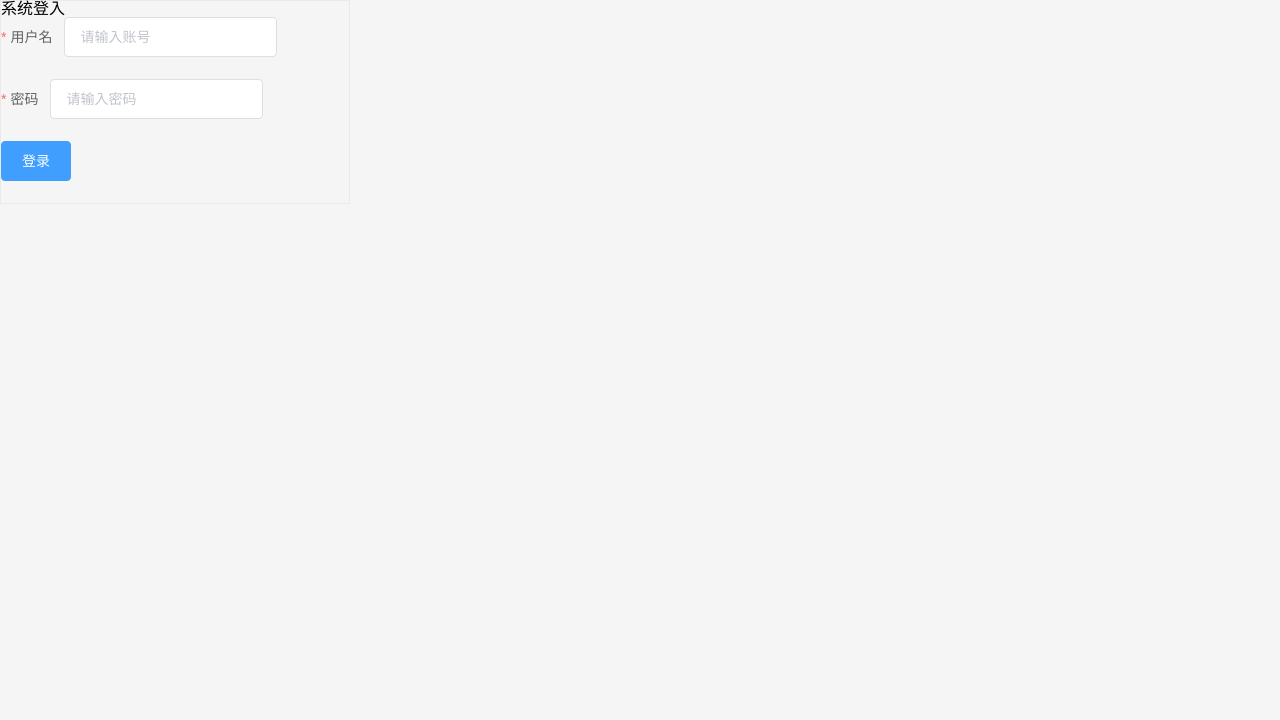
Repository: wangtao20230308/-
Page: /login
An editor plug-in stored every save of this project. The page is shown before and after the next save, followed by the edit.
The browser window is 1280 px wide. The pictures show the whole page.
The project was rebuilt for these pictures with package versions that can differ from the ones it lists, and the page was loaded fresh each time. Also part of the build but not shown: src/components/CommonAside.vue, src/components/CommonHeader.vue, src/components/commonTag.vue, src/views/Main.vue, src/utils/requst.js, src/api/index.js, src/views/Home.vue, src/views/User.vue and 3 more.

Above is the page before, as saved 2023-03-27 14:36:09.

### src/main.js
import Vue from 'vue'
import App from './App.vue'
// //element-ui全局引入
// import ElementUI from 'element-ui';
// import 'element-ui/lib/theme-chalk/index.css';
// //element-ui转换成一个插件
// Vue.use(ElementUI);

//ele按需导入
import {
  Pagination,
  MessageBox,
  DatePicker,
  Select,
  Option,
  Form,
  FormItem,
  Input,
  Dialog,
  Tag,
  Breadcrumb,
  BreadcrumbItem,
  Table,
  TableColumn,
  Col,
  Row,
  Card,
  Button,
  Radio,
  Container,
  Aside,
  Header,
  Main,
  Menu,
  Submenu,
  MenuItemGroup,
  MenuItem,
  Dropdown,
  DropdownMenu,
  DropdownItem,
} from 'element-ui'
import 'element-ui/lib/theme-chalk/index.css'
import './assets/less/index.less'
Vue.use(Button)
Vue.use(Radio)
Vue.use(Container)
Vue.use(Aside)
Vue.use(Header)
Vue.use(Main)
Vue.use(Menu)
Vue.use(Submenu)
Vue.use(MenuItemGroup)
Vue.use(MenuItem)
Vue.use(Dropdown)
Vue.use(DropdownMenu)
Vue.use(DropdownItem)
Vue.use(Card)
Vue.use(Row)
Vue.use(Col)
Vue.use(Table)
Vue.use(TableColumn)
Vue.use(Breadcrumb)
Vue.use(BreadcrumbItem)
Vue.use(Tag)
Vue.use(Dialog)
Vue.use(Form)
Vue.use(FormItem)
Vue.use(Input)
Vue.use(Select)
Vue.use(Option)
Vue.use(DatePicker)
Vue.use(Pagination)

Vue.component(MessageBox.name, MessageBox) // 全局注册组件， 若使用Vue.use()会再初始时候执行一次，有bug
Vue.prototype.$message = MessageBox // 挂载到vm实例上
Vue.prototype.$confirm = MessageBox // 挂载到vm实例上

//路由引入
import router from './router'
import store from './store'
import './api/mock'

Vue.config.productionTip = false

new Vue({
  router,
  store, //把store挂载到vue实例上
  render: (h) => h(App),
}).$mount('#app')

### src/App.vue
<template>
  <div id="app">
    <router-view></router-view>
  </div>
</template>

<script>
//import HelloWorld from './components/HelloWorld.vue'

export default {
  name: 'App',
  components: {
    //HelloWorld
  },
}
</script>

<style lang="less">
html,
body,
h3,
p {
  padding: 0;
  margin: 0;
}
#app {
  height: 100vh;
}
</style>

### src/router/index.js
//import { hasOwnMetadata } from 'core-js/fn/reflect'
import Vue from 'vue'
import VueRouter from 'vue-router'
import Main from '../views/Main.vue'
import Home from '../views/Home.vue'
import User from '../views/User.vue'
import Mall from '../views/Mall.vue'
import PageOne from '../views/PageOne.vue'
import PageTwo from '../views/PageTwo.vue'
import Login from '../views/Login.vue'

Vue.use(VueRouter)

const routes = [
  //主路由
  {
    path: '/',
    name: 'Main',
    //按需引入组件
    //原型：component: import()
    component: Main,
    redirect: '/home',
    children: [
      //子路由（嵌套路由）
      {
        //首页
        path: 'home',
        name: 'home',
        component: Home,
      },
      {
        //用户页
        path: 'user',
        name: 'user',
        component: User,
      },
      {
        //商品管理
        path: 'mall',
        name: 'mall',
        component: Mall,
      },
      {
        //页面1
        path: 'page1',
        name: 'page1',
        component: PageOne,
      },
      {
        //页面2
        path: 'page2',
        name: 'page2',
        component: PageTwo,
      },
      // {
      //   path: '/user',
      //   name: 'user',
      //   //按需引入组件
      //   //原型：component: import()
      //   component: () => import('../views/User')
      // }
    ],
  },
  //登入页面Login
  {
    path: '/login',
    name: 'login',
    component: Login,
  },
]

// new VueRouter({
//   mode: 'history',
// })
const router = new VueRouter({
  mode: 'history',
  routes,
})

//导出路由
export default router

### src/store/index.js
import Vue from 'vue'
import Vuex from 'vuex'
import tab from './tab'

//全局注入状态管理vuex
Vue.use(Vuex)

//创建vuex的实例
export default new Vuex.Store({
  modules: {
    tab,
  },
})

### src/api/mock.js
import Mock from 'mockjs'
import homeApi from './mockServeData/home'
import user from './mockServeData/user'

//定义mock请求拦截
// Mock.mock('/api/home/getData', 'get', function () {
//   //拦截到请求后的处理逻辑
//   console.log('拦截到了')
//   return 1
// })
Mock.mock('/api/home/getData', 'get', homeApi.getStatisticalData)

//用户列表的数据
Mock.mock('/api/user/add', 'post', user.createUser) //新增
Mock.mock('/api/user/edit', 'post', user.updateUser) //编辑
Mock.mock('/api/user/del', 'post', user.deleteUser) //删除
Mock.mock(/api\/user\/getUser/, 'get', user.getUserList) //获取表格数据

### src/assets/less/home.less
.home {
    .user {
      display: flex;
      align-items: center;
      padding-bottom: 20px;
      margin-bottom: 20px;
      border-bottom: 1px solid #ccc;
      img {
        width: 150px;
        height: 150px;
        border-radius: 50%;
        margin-right: 40px;
      }
      &info {
        .name {
          font-size: 32px;
          margin-bottom: 10px;
        }
        .access {
          color: #999999;
        }
      }
    }
    .login-info {
      p {
        line-height: 28px;
        font-size: 14px;
        color: #999999;
        span {
          color: #666666;
          margin-left: 60px;
        }
      }
    }
    .num {
      display: flex;
      flex-wrap: wrap;
      justify-content: space-between;
      .el-card {
        width: 32%;
        margin-bottom: 20px;
      }
      .icon {
        font-size: 30px;
        width: 80px;
        height: 80px;
        text-align: center;
        line-height: 80px;
        color: #fff;
      }
      .detail {
        margin-left: 15px;
        display: flex;
        flex-direction: column;
        justify-content: center;
        .num {
          font-size: 30px;
          margin-bottom: 10px;
        }
        .txt {
          font-size: 14px;
          text-align: center;
          color: #999999;
        }
      }
    }
    .graph {
      margin-top: 20px;
      display: flex;
      justify-content: space-between;
      .el-card {
        width: 48%;
      }
    }
  }

### src/views/Login.vue
<template>
  <div>
    <el-form :model="form" :rules="rules" :inline="true" class="login_container">
      <h3 class="login_title">系统登入</h3>
      <el-form-item label="用户名" prop="userName">
        <el-input placeholder="请输入账号" v-model="form.userName"></el-input>
      </el-form-item>
      <el-form-item label="密码" prop="passWord">
        <el-input placeholder="请输入密码" v-model="form.passWord" type="password"></el-input>
      </el-form-item>
      <el-form-item>
        <el-button type="primary" @click="onSubmit">登录</el-button>
      </el-form-item>
    </el-form>
  </div>
</template>

<script>
export default {
  data() {
    return {
      form: {
        userName: '',
        passWord: '',
      },
      rules: {
        userName: [{ required: true, message: '请输入用户名', trigger: 'blur' }],
        passWord: [{ required: true, message: '请输入密码', trigger: 'blur' }],
      },
    }
  },
}
</script>

<style lang="less" scoped>
.login_container {
  width: 350px;
  border: 1px solid #eaeaea;
}
</style>

### src/store/tab.js
//用来管理菜单的数据
export default {
  state: {
    isCollapse: false, // 控制菜单的展开还是收起
    tabsList: [
      {
        path: '/',
        name: 'home',
        label: '首页',
        icon: 's-home',
        url: 'Home/Home',
      },
    ], //面包屑数据
  },
  mutations: {
    //修改菜单展开收起的方法
    collapseMenu(state) {
      state.isCollapse = !state.isCollapse
    },
    //更新面包屑数据
    selectMenu(state, val) {
      //判断添加的数据是否为首页
      if (val.name !== 'home') {
        const index = state.tabsList.findIndex((item) => item.name === val.name)
        //如果不存在
        if (index === -1) {
          state.tabsList.push(val)
        }
      }
    },
    //删除指定的tag数据
    closeTag(state, item) {
      console.log(item, 'item')
      const index = state.tabsList.findIndex((val) => val.name === item.name)
      state.tabsList.splice(index, 1)
    },
  },
}

### src/api/mockServeData/home.js
// mock数据模拟
import Mock from 'mockjs'

// 图表数据
let List = []
export default {
  getStatisticalData: () => {
    //Mock.Random.float 产生随机数100到8000之间 保留小数 最小0位 最大0位
    for (let i = 0; i < 7; i++) {
      List.push(
        Mock.mock({
          苹果: Mock.Random.float(100, 8000, 0, 0),
          vivo: Mock.Random.float(100, 8000, 0, 0),
          oppo: Mock.Random.float(100, 8000, 0, 0),
          魅族: Mock.Random.float(100, 8000, 0, 0),
          三星: Mock.Random.float(100, 8000, 0, 0),
          小米: Mock.Random.float(100, 8000, 0, 0),
        })
      )
    }
    return {
      code: 20000,
      data: {
        // 饼图
        videoData: [
          {
            name: '小米',
            value: 2999,
          },
          {
            name: '苹果',
            value: 5999,
          },
          {
            name: 'vivo',
            value: 1500,
          },
          {
            name: 'oppo',
            value: 1999,
          },
          {
            name: '魅族',
            value: 2200,
          },
          {
            name: '三星',
            value: 4500,
          },
        ],
        // 柱状图
        userData: [
          {
            date: '周一',
            new: 5,
            active: 200,
          },
          {
            date: '周二',
            new: 10,
            active: 500,
          },
          {
            date: '周三',
            new: 12,
            active: 550,
          },
          {
            date: '周四',
            new: 60,
            active: 800,
          },
          {
            date: '周五',
            new: 65,
            active: 550,
          },
          {
            date: '周六',
            new: 53,
            active: 770,
          },
          {
            date: '周日',
            new: 33,
            active: 170,
          },
        ],
        // 折线图
        orderData: {
          date: ['20191001', '20191002', '20191003', '20191004', '20191005', '20191006', '20191007'],
          data: List,
        },
        //表格数据
        tableData: [
          {
            name: 'oppo',
            todayBuy: 500,
            monthBuy: 3500,
            totalBuy: 22000,
          },
          {
            name: 'vivo',
            todayBuy: 300,
            monthBuy: 2200,
            totalBuy: 24000,
          },
          {
            name: '苹果',
            todayBuy: 800,
            monthBuy: 4500,
            totalBuy: 65000,
          },
          {
            name: '小米',
            todayBuy: 1200,
            monthBuy: 6500,
            totalBuy: 45000,
          },
          {
            name: '三星',
            todayBuy: 300,
            monthBuy: 2000,
            totalBuy: 34000,
          },
          {
            name: '魅族',
            todayBuy: 350,
            monthBuy: 3000,
            totalBuy: 22000,
          },
        ],
      },
    }
  },
}

### src/api/mockServeData/user.js
import Mock from 'mockjs'

// get请求从config.url获取参数，post从config.body中获取参数
function param2Obj(url) {
  const search = url.split('?')[1]
  if (!search) {
    return {}
  }
  return JSON.parse('{"' + decodeURIComponent(search).replace(/"/g, '\\"').replace(/&/g, '","').replace(/=/g, '":"') + '"}')
}

let List = []
const count = 200

for (let i = 0; i < count; i++) {
  List.push(
    Mock.mock({
      id: Mock.Random.guid(),
      name: Mock.Random.cname(),
      addr: Mock.mock('@county(true)'),
      'age|18-60': 1,
      birth: Mock.Random.date(),
      sex: Mock.Random.integer(0, 1),
    })
  )
}

export default {
  /**
   * 获取列表
   * 要带参数 name, page, limt; name可以不填, page,limit有默认值。
   * @param name, page, limit
   * @return {{code: number, count: number, data: *[]}}
   */
  getUserList: (config) => {
    const { name, page = 1, limit = 20 } = param2Obj(config.url)
    console.log('name:' + name, 'page:' + page, '分页大小limit:' + limit)
    const mockList = List.filter((user) => {
      if (name && user.name.indexOf(name) === -1 && user.addr.indexOf(name) === -1) return false
      return true
    })
    const pageList = mockList.filter((item, index) => index < limit * page && index >= limit * (page - 1))
    return {
      code: 20000,
      count: mockList.length,
      list: pageList,
    }
  },
  /**
   * 增加用户
   * @param name, addr, age, birth, sex
   * @return {{code: number, data: {message: string}}}
   */
  createUser: (config) => {
    const { name, addr, age, birth, sex } = JSON.parse(config.body)
    console.log(JSON.parse(config.body))
    List.unshift({
      id: Mock.Random.guid(),
      name: name,
      addr: addr,
      age: age,
      birth: birth,
      sex: sex,
    })
    return {
      code: 20000,
      data: {
        message: '添加成功',
      },
    }
  },
  /**
   * 删除用户
   * @param id
   * @return {*}
   */
  deleteUser: (config) => {
    const { id } = JSON.parse(config.body)
    if (!id) {
      return {
        code: -999,
        message: '参数不正确',
      }
    } else {
      List = List.filter((u) => u.id !== id)
      return {
        code: 20000,
        message: '删除成功',
      }
    }
  },
  /**
   * 批量删除
   * @param config
   * @return {{code: number, data: {message: string}}}
   */
  batchremove: (config) => {
    let { ids } = param2Obj(config.url)
    ids = ids.split(',')
    List = List.filter((u) => !ids.includes(u.id))
    return {
      code: 20000,
      data: {
        message: '批量删除成功',
      },
    }
  },
  /**
   * 修改用户
   * @param id, name, addr, age, birth, sex
   * @return {{code: number, data: {message: string}}}
   */
  updateUser: (config) => {
    const { id, name, addr, age, birth, sex } = JSON.parse(config.body)
    const sex_num = parseInt(sex)
    List.some((u) => {
      if (u.id === id) {
        u.name = name
        u.addr = addr
        u.age = age
        u.birth = birth
        u.sex = sex_num
        return true
      }
    })
    return {
      code: 20000,
      data: {
        message: '编辑成功',
      },
    }
  },
}

Loaded but not shown: public/index.html (common file); src/assets/less/index.less (common file); src/assets/less/common.less (common file); src/assets/less/reset.less (common file)

After the next save:
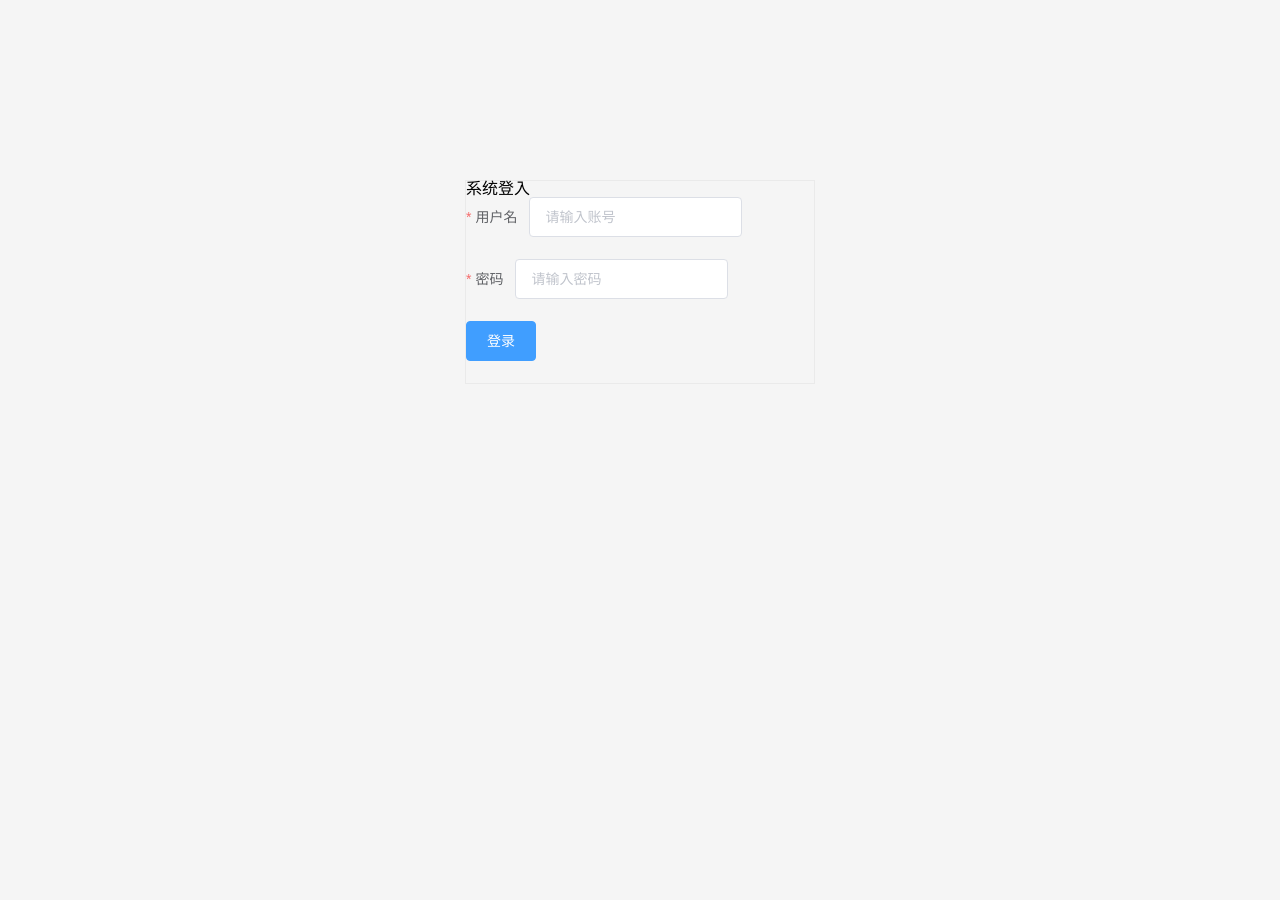
Saved 20 s later.
--- a/src/views/Login.vue
+++ b/src/views/Login.vue
@@ -36,5 +36,6 @@ export default {
 .login_container {
   width: 350px;
   border: 1px solid #eaeaea;
+  margin: 180px auto;
 }
 </style>
